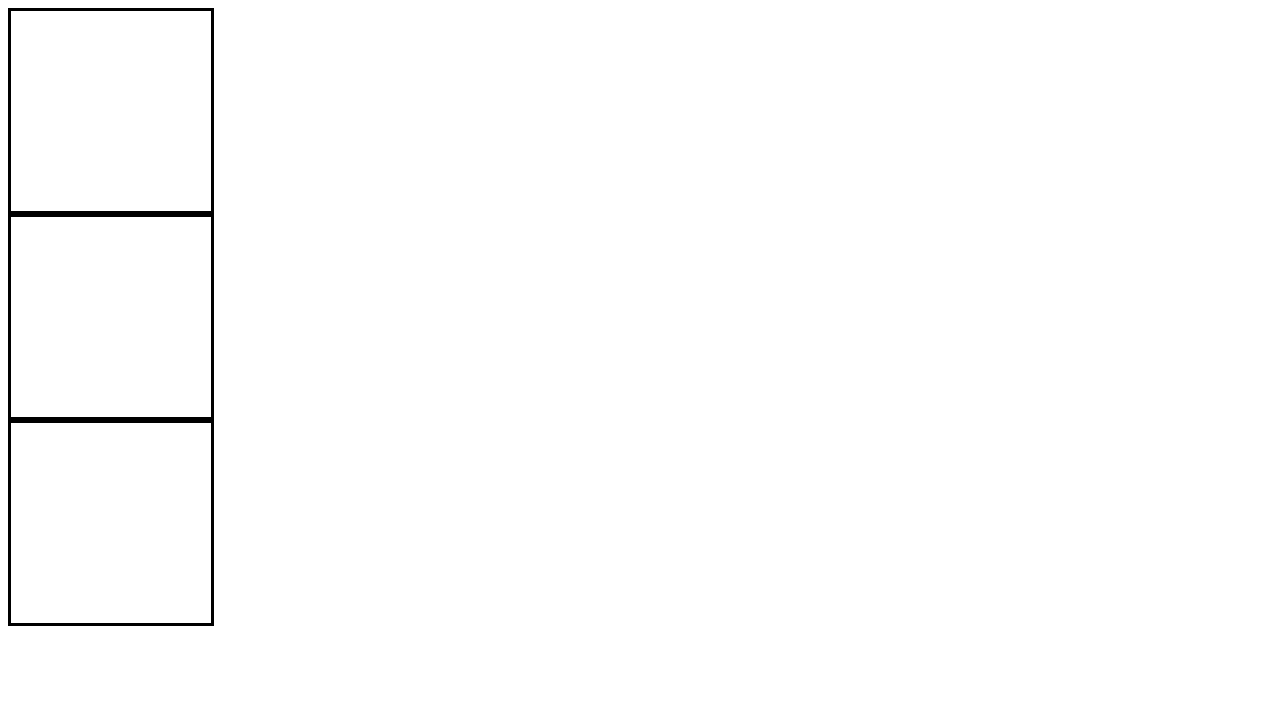
Repository: hojohe/bit-java
Page: 07_css/WebContent/99_exam/exam02.html
The author's editor kept a copy of each file at every save. The page is drawn from the files as they stood at one save, then again after a run of saves.
The browser window is 1280 px wide. The pictures show the whole page.

Above is the page before, as saved 2017-01-25 05:07:41.

### 07_css/WebContent/99_exam/exam02.html
<!DOCTYPE html>
<html>
<head>
<meta charset="EUC-KR">
<title>Insert title here</title>

<style>
	div {
		width: 200px;
		height: 200px;
		border: 3px solid;
	}

	div.pic2 {
		float: left;
	}

</style>

</head>
<body>
	<div class="pic1"></div>
	<div class="pic2"></div>
	<div class="pic3"></div>
	<div class="pic4"></div>
</body>
</html>

After the next 2 saves:
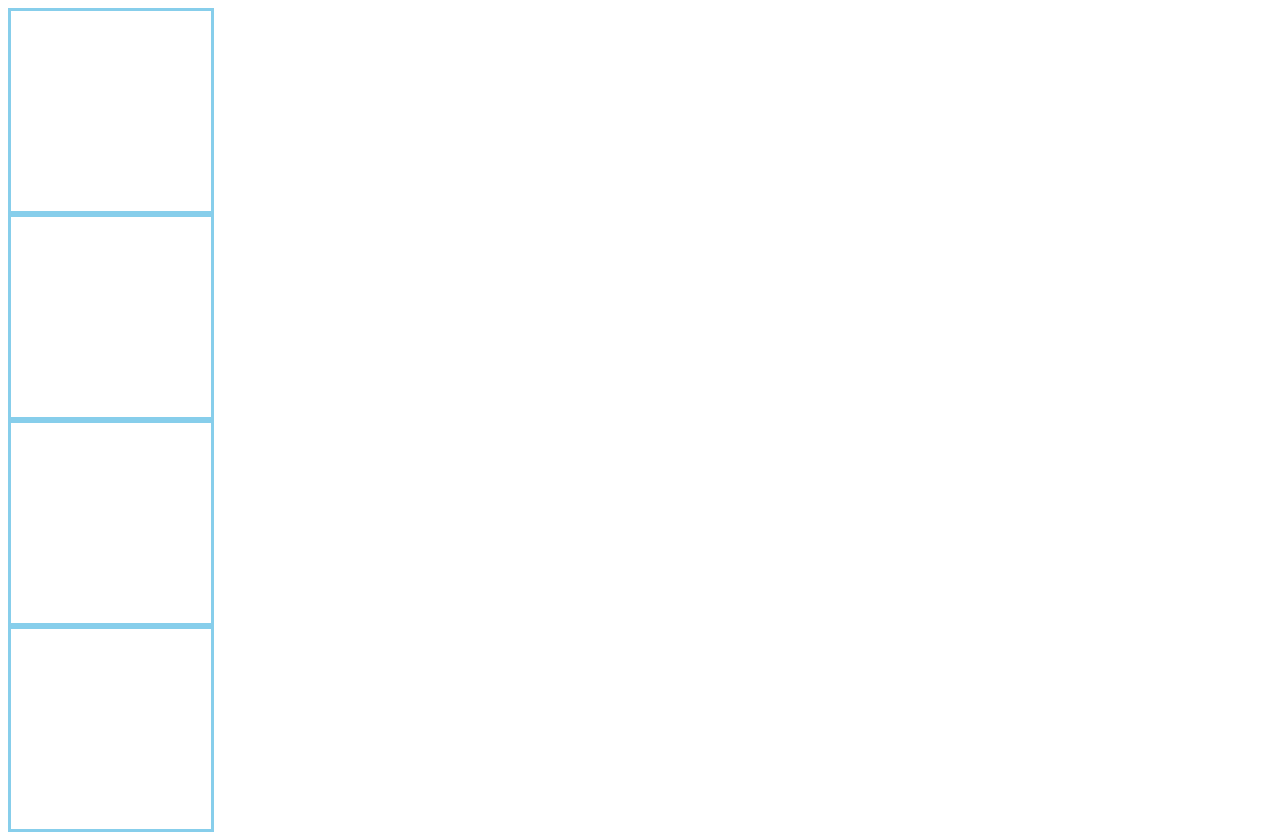
The 2 saves are shown as one change because they came seconds apart.
The last was saved 6 s later.
--- a/07_css/WebContent/99_exam/exam02.html
+++ b/07_css/WebContent/99_exam/exam02.html
@@ -8,12 +8,9 @@
 	div {
 		width: 200px;
 		height: 200px;
-		border: 3px solid;
+		border: 3px solid skyblue;
 	}
 
-	div.pic2 {
-		float: left;
-	}
 
 </style>
 
